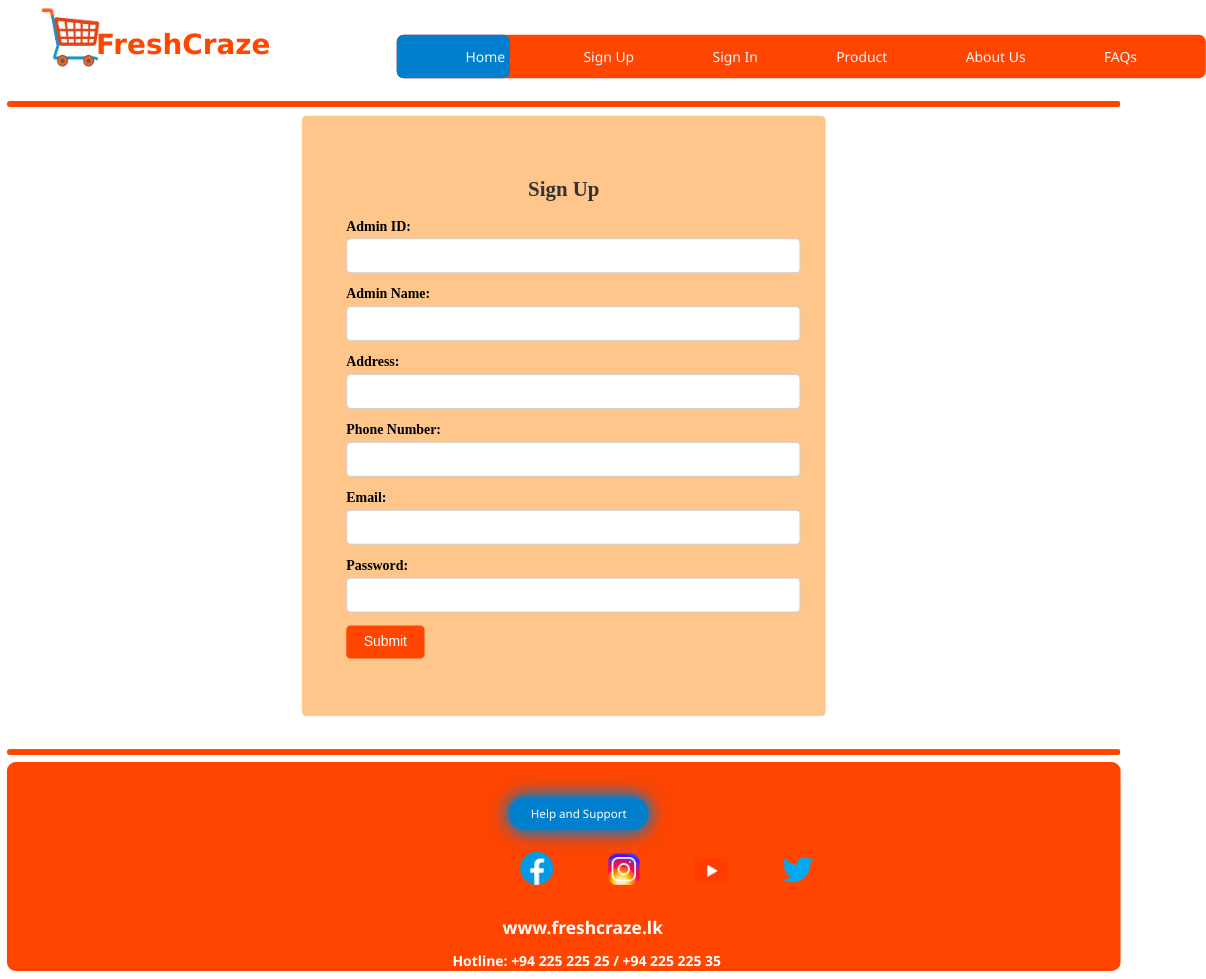
Repository: shanika2002/FreshCraze
Page: http://localhost/itemDem/register.jsp
These files come from the project's save history. The page is drawn as it stood at one moment and after the next save; the edit follows.
The browser window is 1280 px wide. The page is 1386 px wide, so the pictures cover 1386 px, including what lies to the right of the window. The pictures show the whole page, at 87% of full size.
The page is served by Tomcat 9. Other server files are loaded and not shown.

Above is the page before, as saved 2024-05-11 10:40:26.

### itemDem/src/main/webapp/register.jsp
<%@ page language="java" contentType="text/html; charset=ISO-8859-1"
    pageEncoding="ISO-8859-1"%>
<!DOCTYPE html>
<html>
<head>

<link rel = "stylesheet" href = "css/regis.css">

<meta charset="ISO-8859-1">
<title>Insert title here</title>
</head>
<body>

<img src="images\logo.png" class="logo" >

    <h1 class="logo_topic">FreshCraze</h1>

    <nav class="navbar">
        <a href="index.jsp">Home</a>
        <a href="register.jsp">Sign Up</a>
        <a href="mainLogin.jsp">Sign In</a>
        <a href="link">Product</a>
        <a href="about.jsp">About Us</a>
        <a href="link">FAQs</a>
        <span></span>
    </nav>

<hr class="topic_line">

<div class="container">
    <h2>Sign Up</h2>
    <form action="addAdmin" method="post">
      <div class="form-group">
        <label for="supplierid">Admin ID:</label>
        <input type="text" id="adminid" name="adminid" required>
      </div>
      <div class="form-group">
        <label for="suppliername">Admin Name:</label>
        <input type="text" id="adminname" name="adminname" required>
      </div>
      <div class="form-group">
        <label for="address">Address:</label>
        <input type="text" id="address" name="address" required>
      </div>
      <div class="form-group">
        <label for="phonenumber">Phone Number:</label>
        <input type="tel" id="phonenumber" name="phonenumber" pattern="[0-9]{10}" required>
        </div>
        <div class="form-group">
        <label for="email">Email:</label>
        <input type="email" id="email" name="email" required>
      </div>
      <div class="form-group">
        <label for="password">Password:</label>
        <input type="password" id="password" name="password" required>
      </div>
      <div class="form-group">
        <input type="submit" value="Submit">
      </div>
    </form>
  </div>

<hr class="footer_line">

<div class="footer">
    <a href="link" target="_blank">
    <button type="button" class="help_button">Help and Support</button>
    </a>

    <div class="fb_icon">
        <a href="https://www.facebook.com/" target="_blank"><img src="images/facebook.png"></a>
    </div>

    <div class="insta_icon">
        <a href="https://www.instagram.com/" target="_blank"><img src="images/insta.png"></a>
    </div>

    <div class="twitt_icon">
        <a href="https://www.twitter.com/" target="_blank"><img src="images/Twitter.png"></a>
    </div>

    <div class="yt_icon">
        <a href="https://www.youtube.com/" target="_blank"><img src="images/yt.png"></a>
    </div>
</div>

<div class="contacts">
    <h1 class="link">www.freshcraze.lk</h1>
    <h1>Hotline: +94 225 225 25 / +94 225 225 35</h1>
</div>


</body>
</html>

### itemDem/src/main/webapp/css/regis.css
@charset "ISO-8859-1";


body{
    background-color: #ffffff;
    background-repeat: no-repeat;
    background-attachment: fixed;
    background-position: center;
    width: 100%;
}

.logo{
    width: 70px;
    height: 70px;
    margin-left: 3%;
}

.logo_topic{
    font-family: verdana;
    margin-left: 8%;
    margin-top: -3.9%;
    color: orangered;
}

.navbar{
    margin-left:35%;
    margin-top:-4%;
    padding: 0;
    box-sizing: border-box;
    font-family: 'Segoe UI';
    display: flex;
    justify-content:center;
    align-items: center;
    min-height: 5vh;

    position:relative;
    background-color: orangered;
    border-radius: 8px;
    width: 930px;
    height: 50px;
    display: flex;
}

nav a{
    position: relative;
    display: inline-block;
    font-size: 1em;
    font-weight: 500;
    color: aliceblue;
    text-decoration: none;
    padding: 45px;
    z-index: 1;
}

nav span{
    position: absolute;
    top: 0;
    left: 0;
    width: 130px;
    height: 100%;
    background-color:rgb(0, 127, 206);
    border-radius: 8px;
    transition: .3s;
}

nav a:nth-child(1):hover~span{
    left: 0;
    width: 400;
}

nav a:nth-child(2):hover~span{
    left: 170px;
    width: 110px;
}

nav a:nth-child(3):hover~span{
    left:300px;
    width: 110px;
}

nav a:nth-child(4):hover~span{
    left: 450px;
    width: 150px;
}

nav a:nth-child(5):hover~span{
    left: 650px;
    width: 110px;
}

nav a:nth-child(6):hover~span{
    left: 805px;
    width: 125px;
}



.topic_line{
    border: none;
    margin-top: 2%;
    border-top: 7px solid orangered;
    border-radius: 10px;
}

.help_button{
    box-shadow:0 0 15px rgb(0, 127, 206),0 0 25px rgb(0, 127, 206);
    border: none;
    width: 160px;
    margin-left: 44%;
    font-family: 'Segoe UI';
    padding: 10px 12px;
    color: #ffffff;
    background-color:rgb(0, 127, 206);
    border-radius: 20px;
}

.help_button:hover{
    box-shadow: 0 0 25px rgb(0, 127, 206);
}

.fb_icon{
    margin-left: 560px;
    margin-top: 20px;
}

.insta_icon{
    margin-left: 660px;
    margin-top: -51px;
}

.yt_icon{
    margin-left: 760px;
    margin-top: -51px;
}

.twitt_icon{
    margin-left: 860px;
    margin-top: -51px;
}

.container {
    max-width: 500px;
    margin: 10px auto;
    padding: 50px;
    border: 1px solid #ffc68c;
    border-radius: 5px;
    background-color: #ffc68c;
}

.container h2 {
	text-align: center;
    color: #333;
    font-size: 24px;
    margin-bottom: 20px;
}

.form-group {
    margin-bottom: 15px;
}

.form-group label {
    display: block;
    font-weight: bold;
    margin-bottom: 5px;
}

.form-group input[type="text"],
.form-group input[type="tel"],
.form-group input[type="email"],
.form-group input[type="password"] {
    width: 100%;
    padding: 10px;
    border: 1px solid #ccc;
    border-radius: 5px;
    font-size: 16px;
}

.form-group input[type="submit"] {
    background-color: orangered;
    color: #fff;
    padding: 10px 20px;
    border: none;
    border-radius: 5px;
    cursor: pointer;
    font-size: 16px;
}

.form-group input[type="submit"]:hover {
    background-color: #ff8000;
}


.footer{
    height: 200px;
    background-color: orangered;
    padding-top: 40px;
    padding-left: 25px;
    border-radius: 10px;
}

.footer_line{
    border: none;
    margin-top: 3%;
    border-top: 7px solid orangered;
    border-radius: 10px;
}

.contacts{
    font-size: 8px;
    color:rgb(255, 255, 255);
    font-family: 'Segoe UI';
    margin-left: 40%;
    margin-top: -5%;
}

.link{
    font-size: 20px ;
    margin-top: -6%;
    margin-left: 7.5%;
}

After the next save:
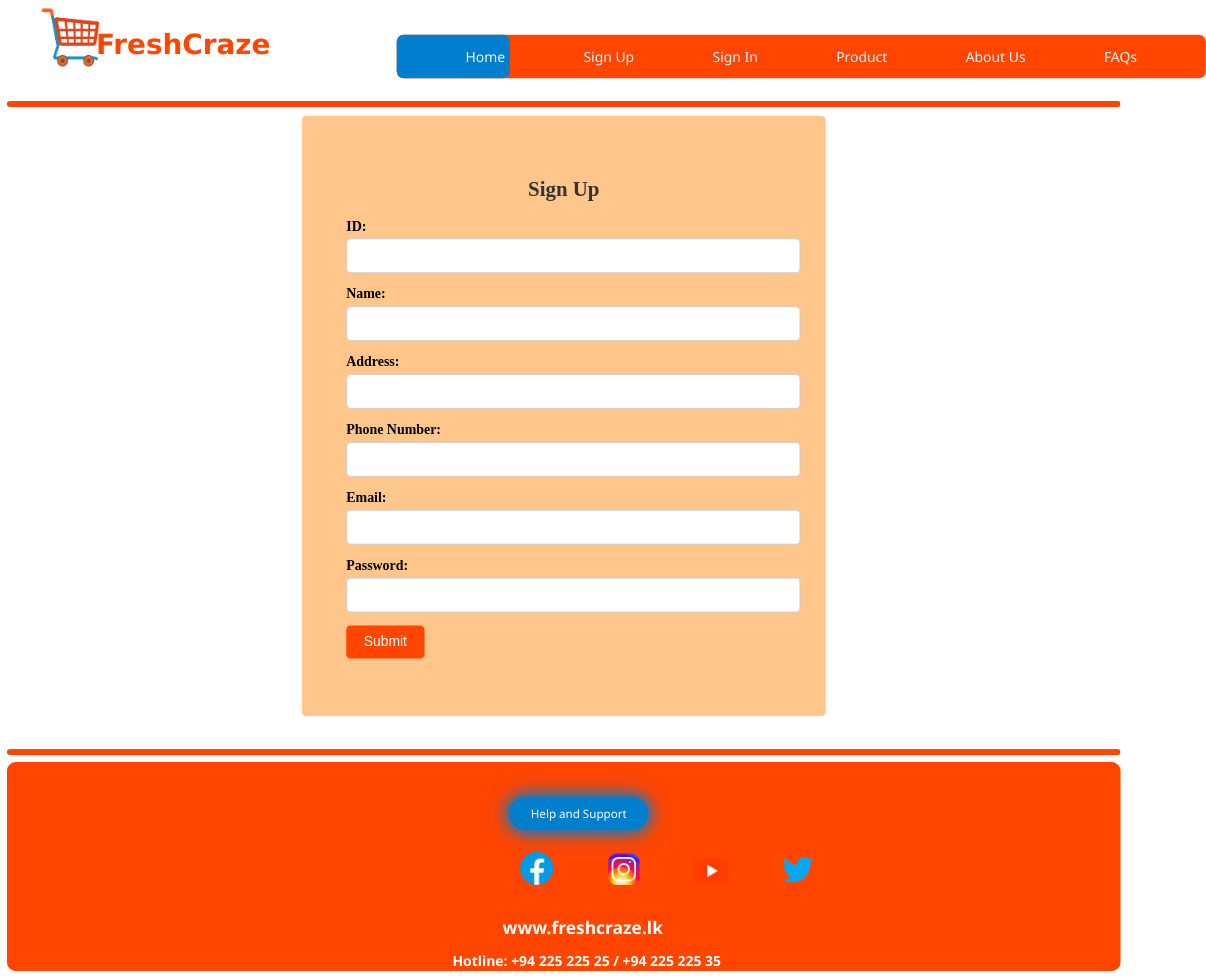
Saved 49 s later.
--- a/itemDem/src/main/webapp/register.jsp
+++ b/itemDem/src/main/webapp/register.jsp
@@ -31,11 +31,11 @@
     <h2>Sign Up</h2>
     <form action="addAdmin" method="post">
       <div class="form-group">
-        <label for="supplierid">Admin ID:</label>
+        <label for="supplierid">ID:</label>
         <input type="text" id="adminid" name="adminid" required>
       </div>
       <div class="form-group">
-        <label for="suppliername">Admin Name:</label>
+        <label for="suppliername">Name:</label>
         <input type="text" id="adminname" name="adminname" required>
       </div>
       <div class="form-group">
